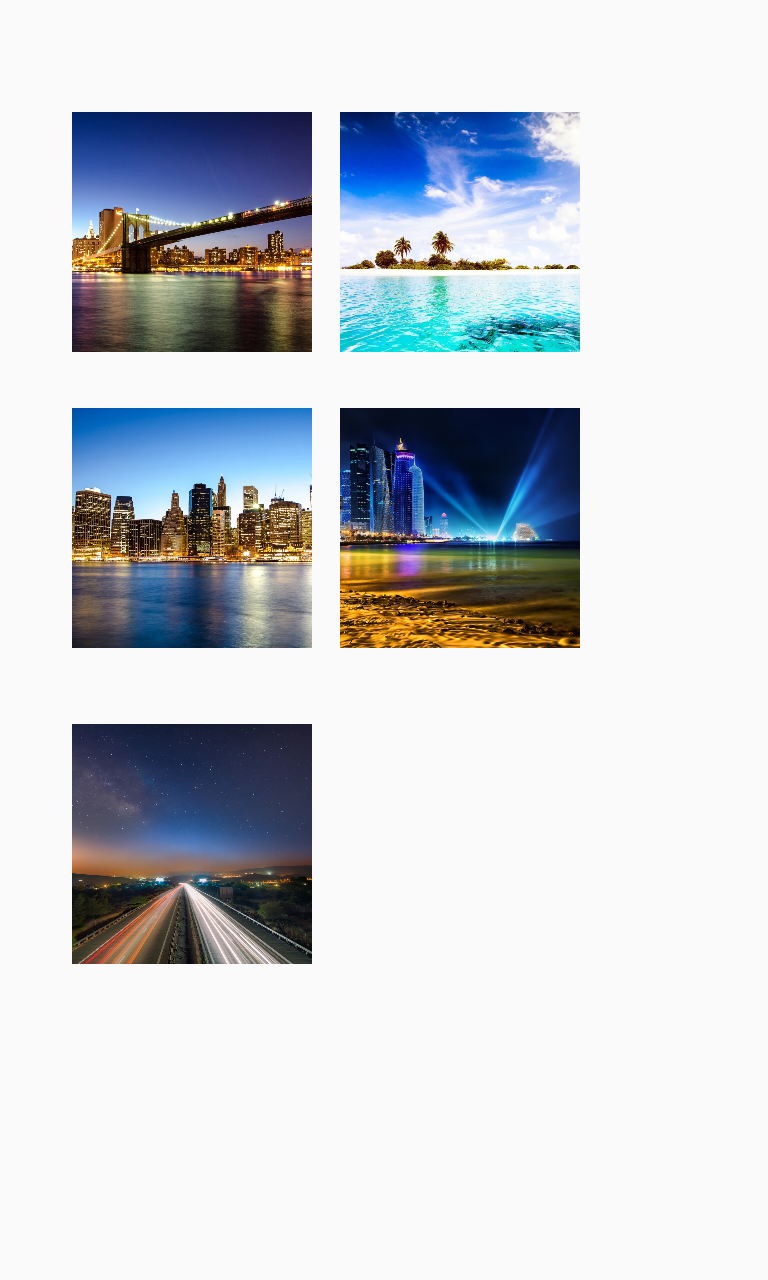
Repository: MarcSelles/nPuzzle10447768
Layout: NPuzzle10447768/res/layout/activity_main.xml
An editor plug-in stored every save of this project. The layout is shown before and after the next save, followed by the edit.
It is drawn on a 768 x 1280 px phone screen (xhdpi) without system bars, with theme AppTheme; the app's code is not run.

Above is the layout before, as saved 2014-11-22 18:00:10.

### NPuzzle10447768/res/layout/activity_main.xml
<RelativeLayout xmlns:android="http://schemas.android.com/apk/res/android"
    xmlns:tools="http://schemas.android.com/tools"
    android:layout_width="match_parent"
    android:layout_height="match_parent"
    android:paddingBottom="@dimen/activity_vertical_margin"
    android:paddingLeft="@dimen/activity_horizontal_margin"
    android:paddingRight="@dimen/activity_horizontal_margin"
    android:paddingTop="@dimen/activity_vertical_margin"
    tools:context="nl.mprog.projects.NPuzzle10447768.MainActivity" >

    <ImageView
        android:id="@+id/imageView1"
        android:layout_width="120dp"
        android:layout_height="120dp"
        android:layout_alignParentLeft="true"
        android:layout_alignParentTop="true"
        android:layout_marginLeft="20dp"
        android:layout_marginTop="40dp"
        android:scaleType="fitXY"
        android:src="@drawable/brooklyn_bridge" />

    <ImageView
        android:id="@+id/imageView2"
        android:layout_width="120dp"
        android:layout_height="120dp"
        android:layout_alignTop="@+id/imageView1"
        android:layout_marginLeft="14dp"
        android:layout_toRightOf="@+id/imageView1"
        android:scaleType="fitXY"
        android:src="@drawable/diggrini_island" />

    <ImageView
        android:id="@+id/imageView3"
        android:layout_width="120dp"
        android:layout_height="120dp"
        android:layout_below="@+id/imageView1"
        android:layout_marginTop="28dp"
        android:layout_toLeftOf="@+id/imageView2"
        android:scaleType="fitXY"
        android:src="@drawable/manhattan_skyline" />

    <ImageView
        android:id="@+id/imageView4"
        android:layout_width="120dp"
        android:layout_height="120dp"
        android:layout_alignLeft="@+id/imageView2"
        android:layout_alignTop="@+id/imageView3"
        android:scaleType="fitXY"
        android:src="@drawable/qatar_skyline" />

    <ImageView
        android:id="@+id/imageView5"
        android:layout_width="120dp"
        android:layout_height="120dp"
        android:layout_alignLeft="@+id/imageView3"
        android:layout_below="@+id/imageView3"
        android:layout_marginTop="38dp"
        android:scaleType="fitXY"
        android:src="@drawable/rush_hour" />

</RelativeLayout>

Loaded but not shown: NPuzzle10447768/res/values/styles.xml (common file); NPuzzle10447768/res/values-v11/styles.xml (common file); NPuzzle10447768/res/values-v14/styles.xml (common file); NPuzzle10447768/res/values/dimens.xml (common file); NPuzzle10447768/res/values-w820dp/dimens.xml (common file)

After the next save:
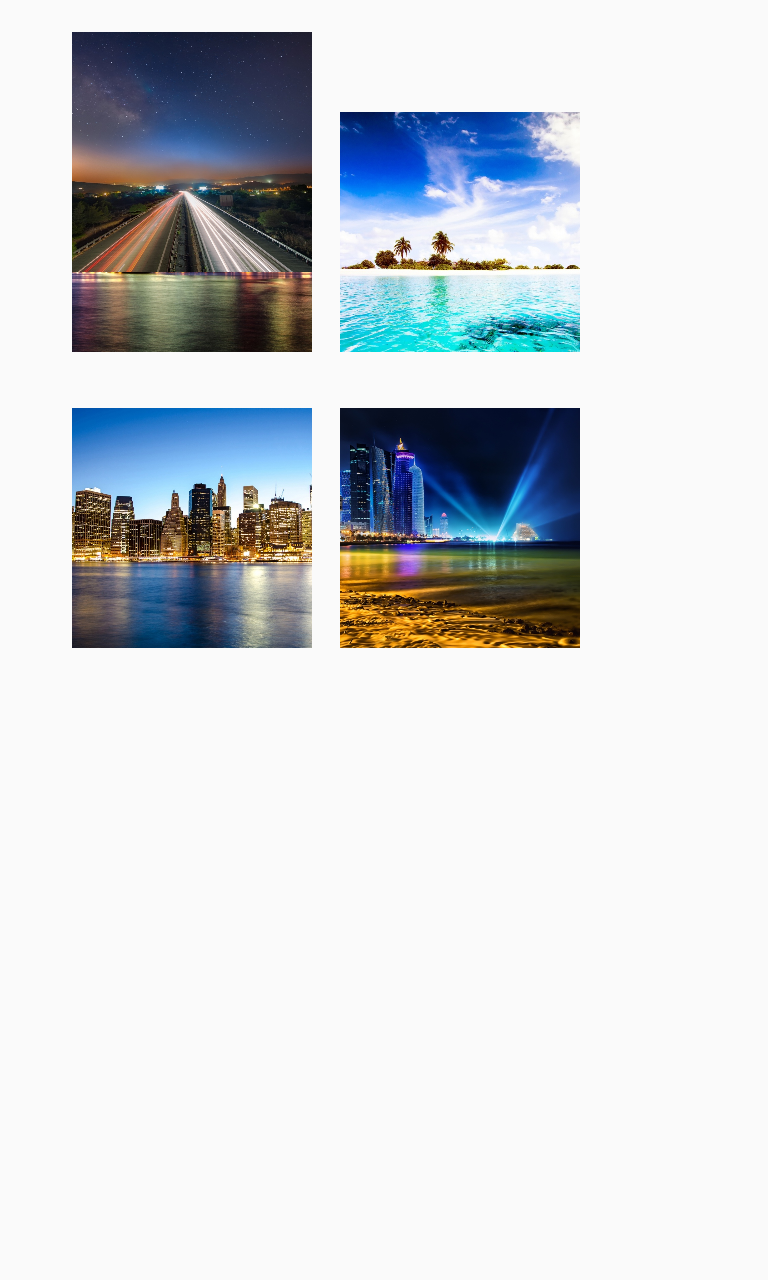
Saved 47 s later.
--- a/NPuzzle10447768/res/layout/activity_main.xml
+++ b/NPuzzle10447768/res/layout/activity_main.xml
@@ -53,8 +53,7 @@
         android:layout_width="120dp"
         android:layout_height="120dp"
         android:layout_alignLeft="@+id/imageView3"
-        android:layout_below="@+id/imageView3"
-        android:layout_marginTop="38dp"
+
         android:scaleType="fitXY"
         android:src="@drawable/rush_hour" />
 
